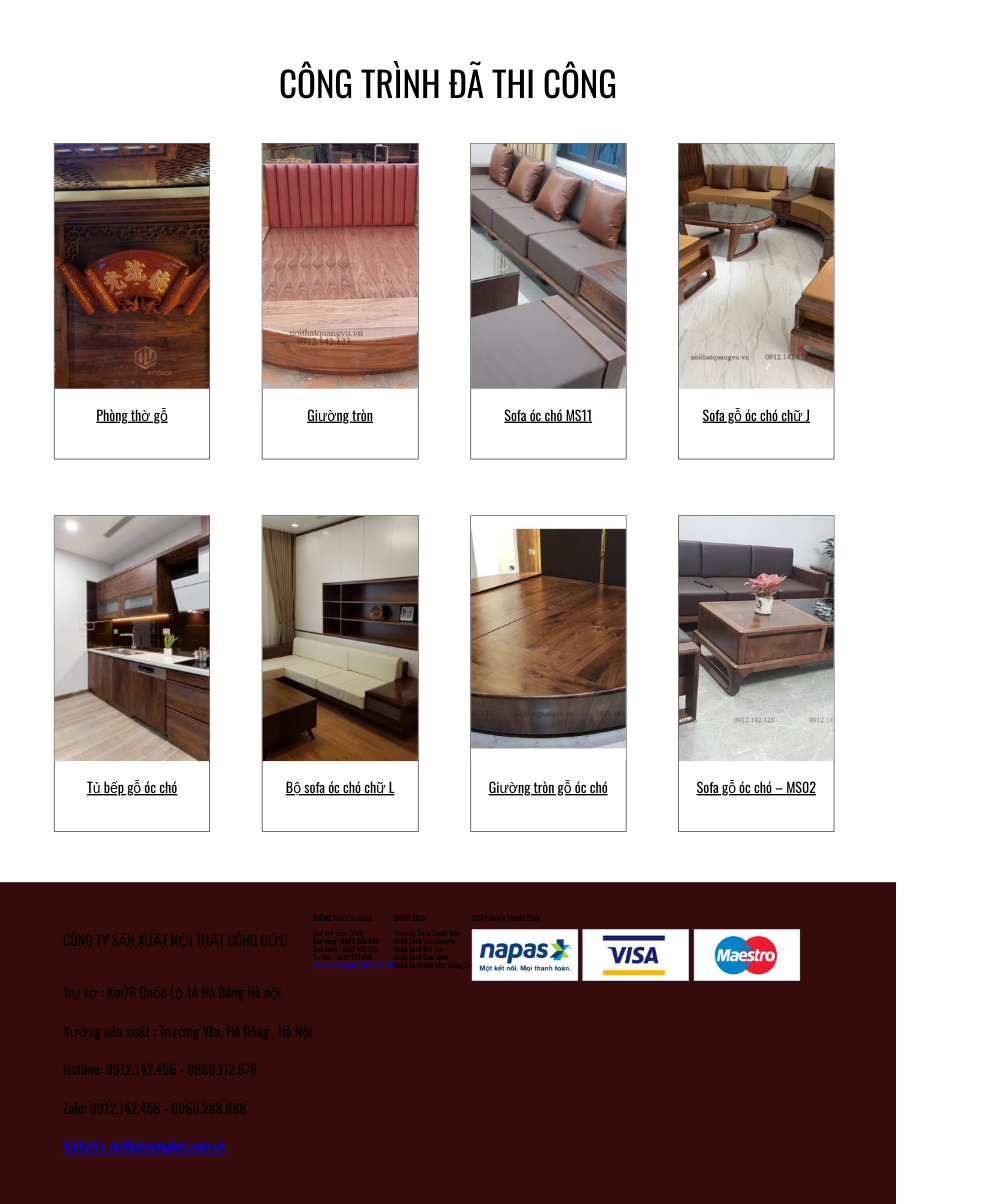
Repository: KHANHD192/FigmaTo-HTML
Page: APP-SHOP/index.html
The author's editor kept a copy of each file at every save. The page is drawn from the files as they stood at one save, then again after the next save.
The browser window is 1280 px wide. The page is 1437 px wide, so the pictures cover 1437 px, including what lies to the right of the window. The pictures show the part of the page from y = 3116 to 4836 px (the page is 4836 px tall), at 70% of full size.

Above is the page before, as saved 2022-11-21 18:56:22.

After the next save:
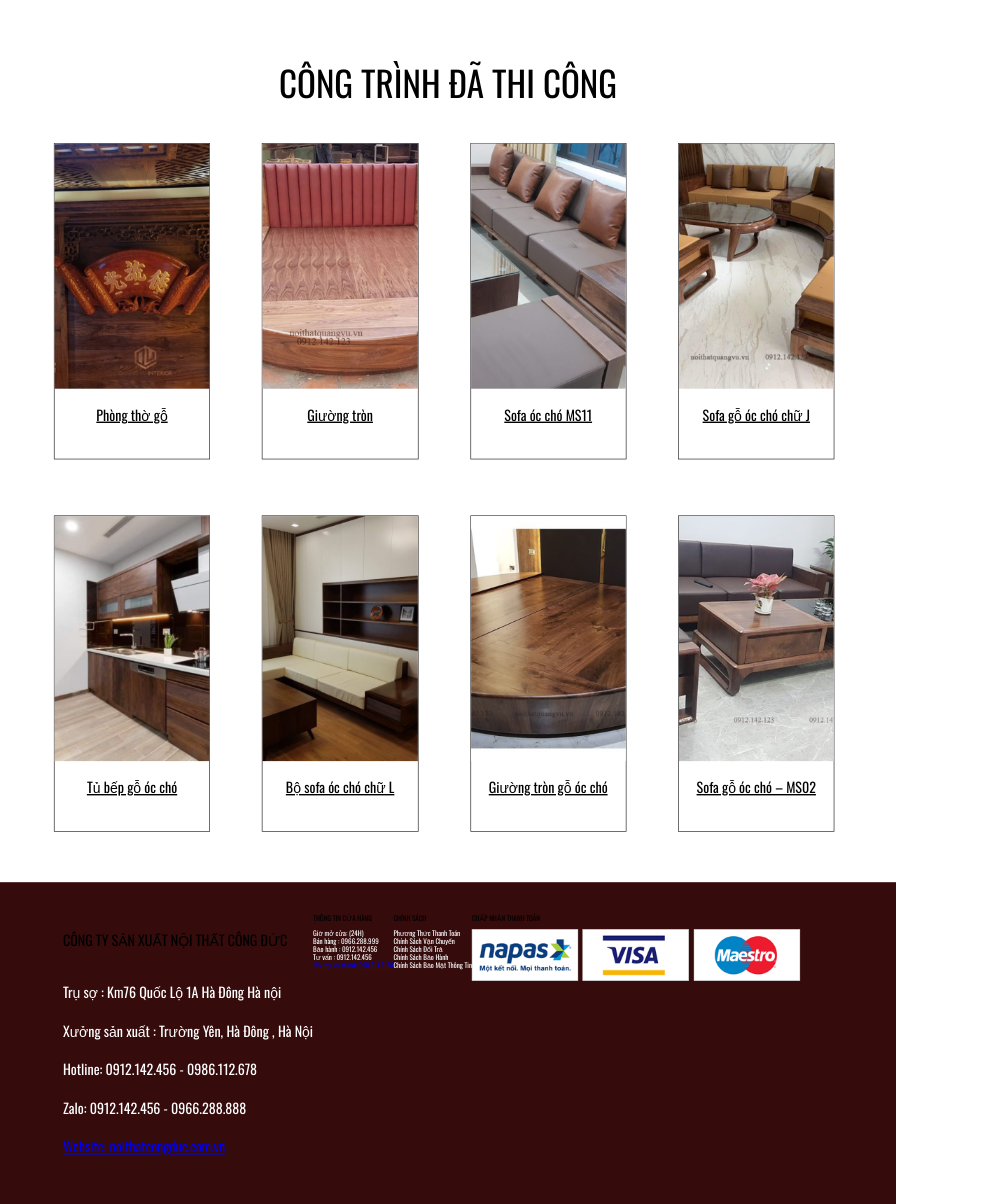
Saved 48 s later.
--- a/APP-SHOP/asset/Css_main/base.css
+++ b/APP-SHOP/asset/Css_main/base.css
@@ -69,6 +69,7 @@ footer{
 footer ul{
     list-style: none;
     padding: 0;
+    color: #FFFFFF;
 }
 .app__footer{
     display:flex;
